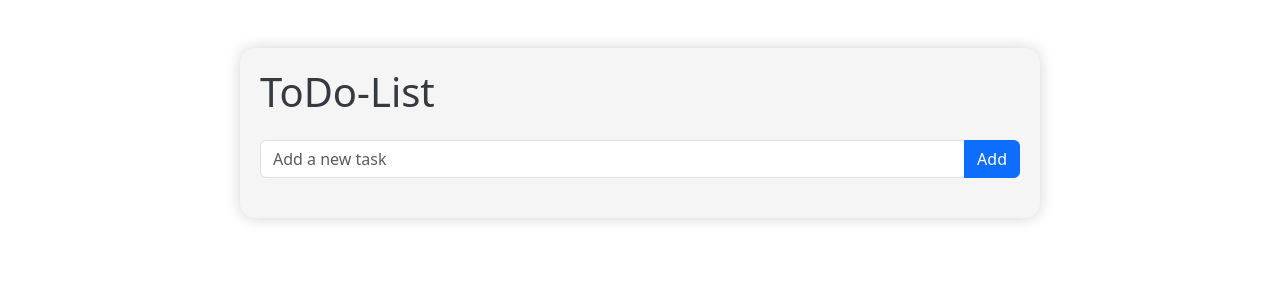
Repository: AkshatKapo/Todolist-React-app
Page: /
An editor plug-in stored every save of this project. The page is shown before and after the next save, followed by the edit.
The browser window is 1280 px wide. The pictures show the whole page.
The project was rebuilt for these pictures with package versions that can differ from the ones it lists, and the page was loaded fresh each time. Also part of the build but not shown: vite.config.js, src/App.css, src/index.css.

Above is the page before, as saved 2024-06-20 15:46:13.

After the next save:
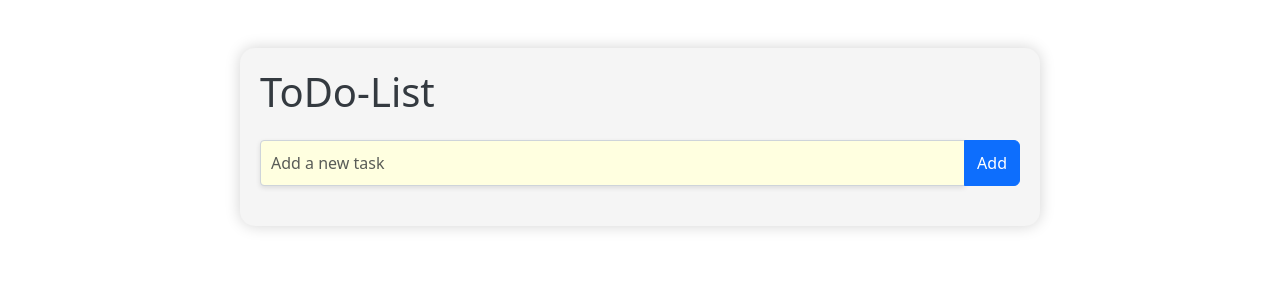
Saved 27 s later.
--- a/src/TodoList.jsx
+++ b/src/TodoList.jsx
@@ -28,7 +28,7 @@ const TodoList = () => {
       <div className="input-group">
         <input
           type="text"
-          className="form-control"
+          className="form-control input-field"
           value={input}
           onChange={handleInputChange}
           placeholder="Add a new task"
